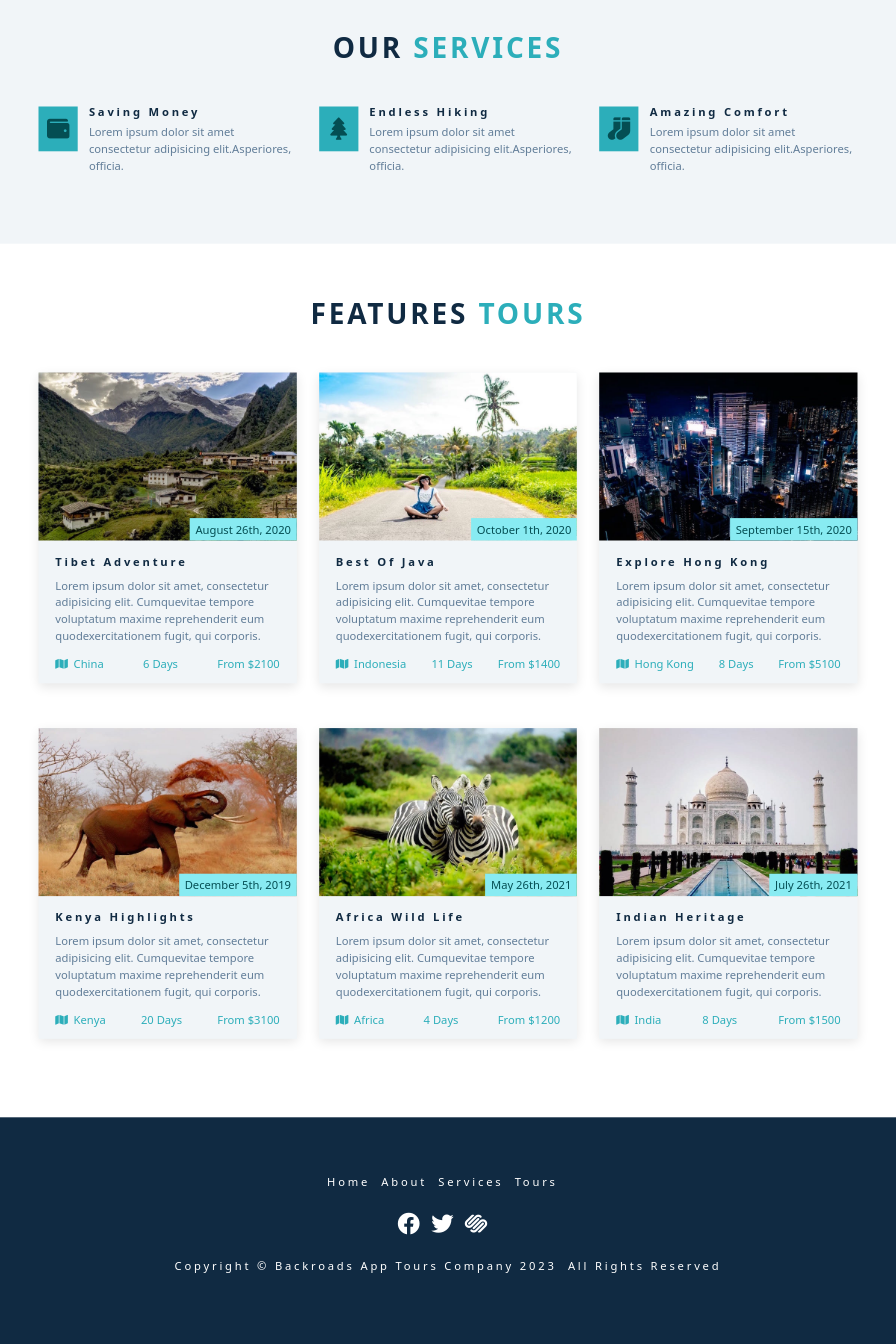
Repository: shivyank121/backRoad-app
Page: /
The author's editor kept a copy of each file at every save. The page is drawn from the files as they stood at one save, then again after the next save.
The browser window is 1280 px wide. The pictures show the part of the page from y = 1443 to 3363 px (the page is 3363 px tall before and 3339 px after), at 70% of full size.
Some web libraries are served in a nearby version. The project was rebuilt for these pictures with package versions that can differ from the ones it lists, and the page was loaded fresh each time.

Above is the page before, as saved 2023-08-21 18:51:56.

After the next save:
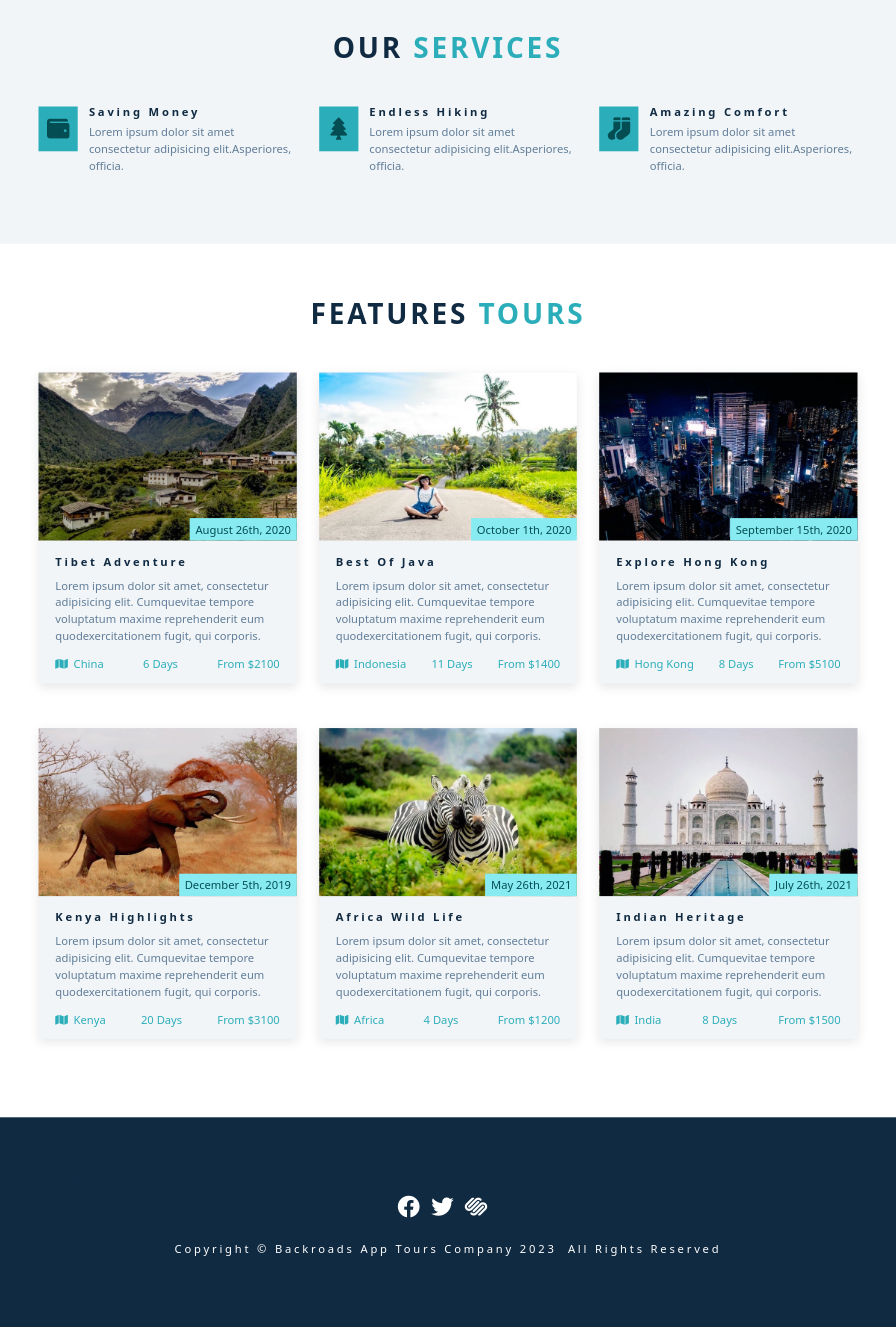
Saved 50 s later.
--- a/src/components/Footer.js
+++ b/src/components/Footer.js
@@ -1,21 +1,14 @@
 import React from "react";
 import { pageLinks, socialLinks } from "../data";
 import Sociallinks from "./Sociallinks";
+import Navlinks from "./Navlinks";
 
 export const Footer = () => {
   return (
     <footer className="section footer">
-      <ul className="footer-links">
-        {pageLinks.map((link) => {
-          return (
-            <li key={link.id}>
-              <a href={link.href} className="footer-link">
-                {link.text}
-              </a>
-            </li>
-          );
-        })}
-      </ul>
+
+        <Navlinks />
+
       <ul className="footer-icons">
         {socialLinks.map((link) => {
           return (
